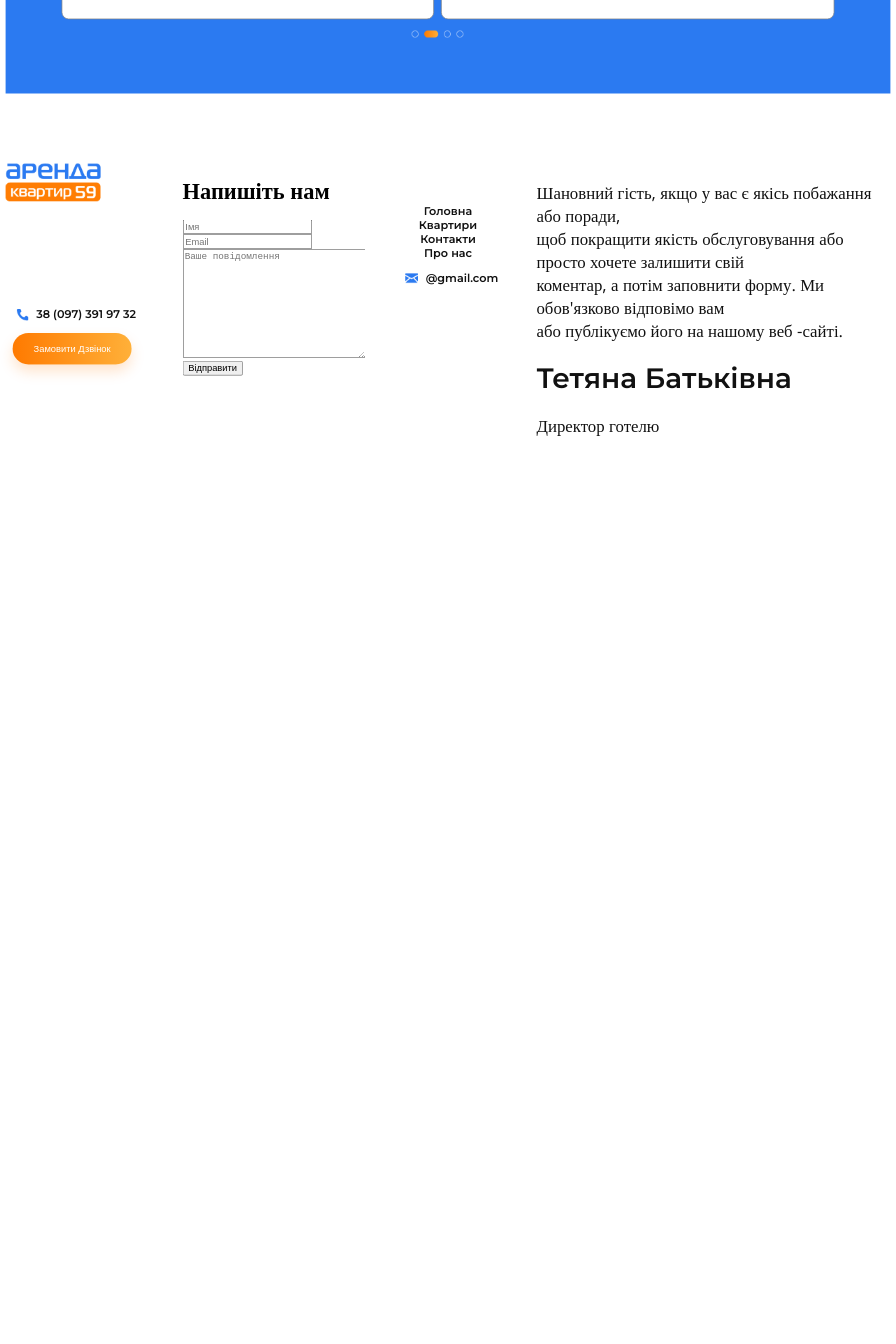
Repository: batonAnton/HW-7-grid
Page: index.html
An editor plug-in stored every save of this project. The page is shown before and after the next save, followed by the edit.
The browser window is 1280 px wide. The pictures show the part of the page from y = 3701 to 5621 px (the page is 6431 px tall before and 6473 px after), at 70% of full size.

Above is the page before, as saved 2022-07-06 13:37:33.

After the next save:
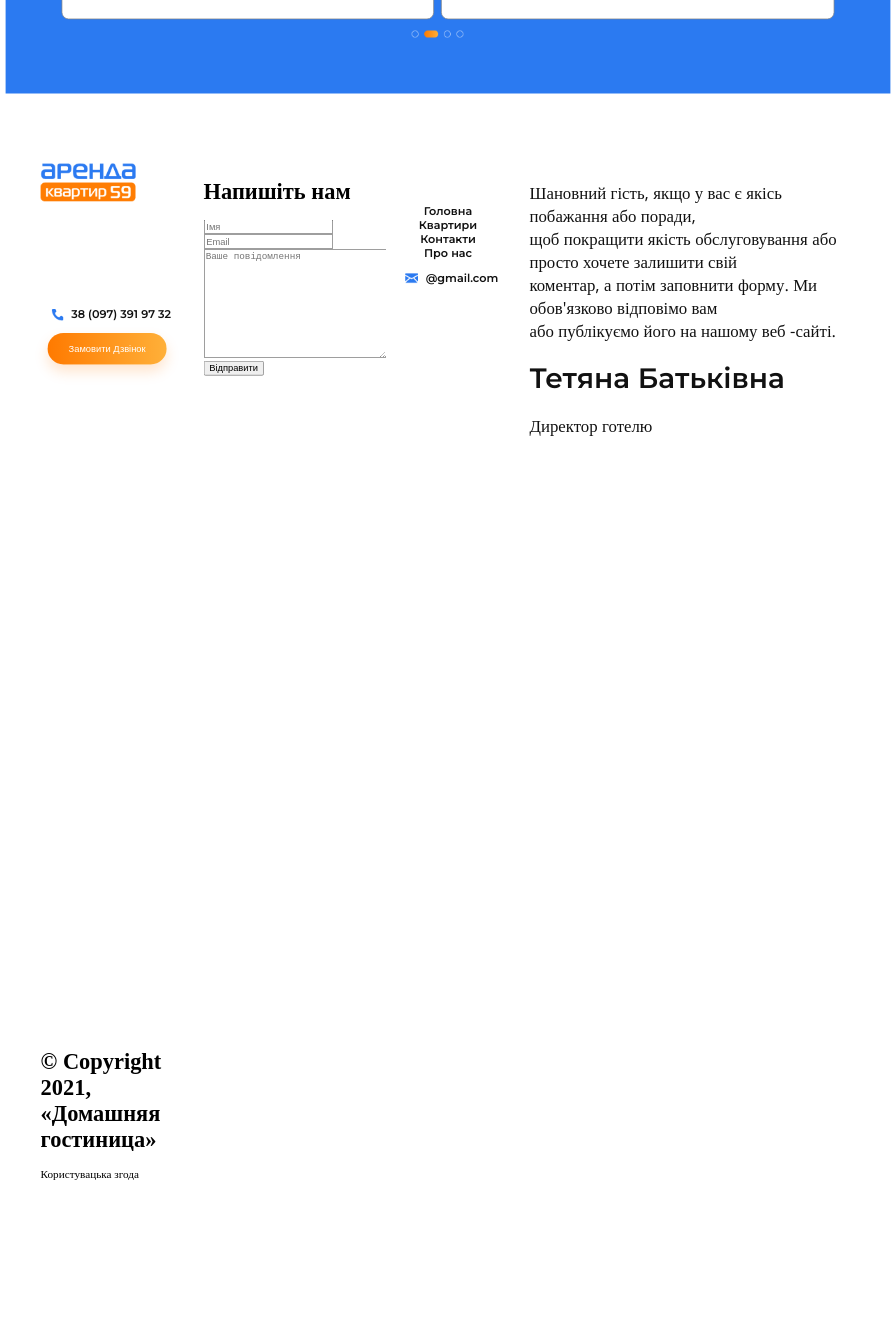
Saved 3 min 58 s later.
--- a/index.html
+++ b/index.html
@@ -229,7 +229,7 @@
     </div>
 
 
-    <div class="wrapper8">
+    <div class="wrapper8 allstyles">
         <div class="reply">
             <h1>Напишіть нам</h1>
             <form action="">
@@ -274,6 +274,10 @@
                 </div>
             </nav>
         </footer>
+        <div class="copyright">
+            <h1>© Copyright 2021, «Домашняя гостиница»</h1>
+            <p>Користувацька згода</p>
+        </div>
     </div>
 </body>
 </html>
